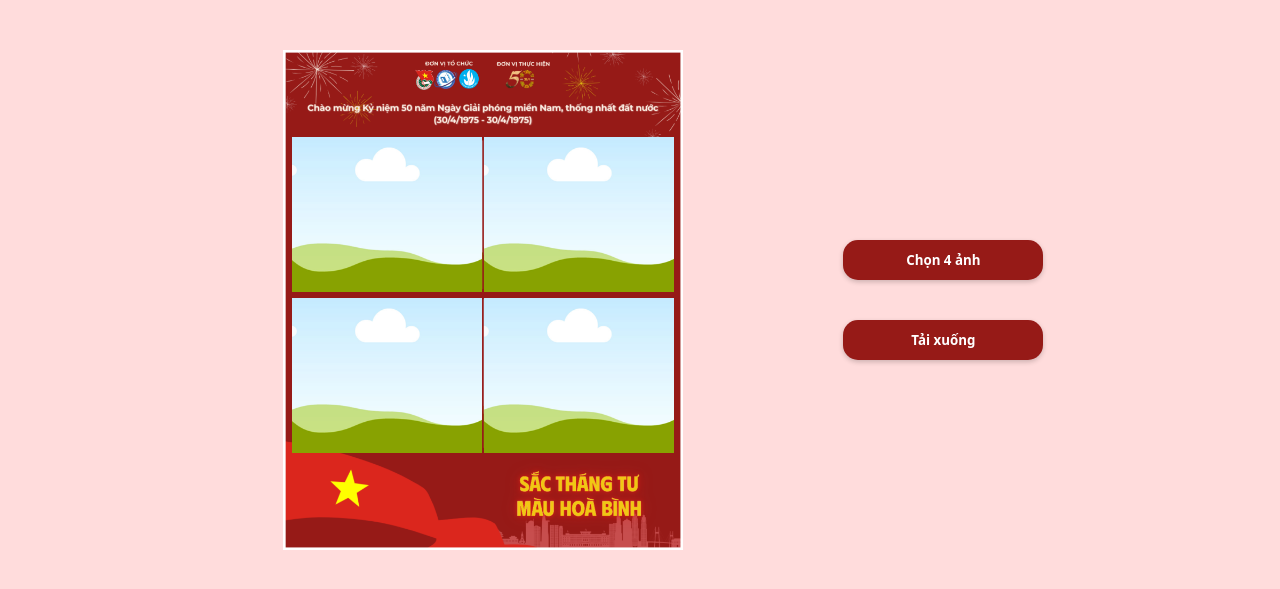
Repository: nguyentambinh/tuoitretdmu
Page: http://localhost/
The author's editor kept a copy of each file at every save. The page is drawn from the files as they stood at one save, then again after the next save.
The browser window is 1280 px wide. The pictures show the whole page.
The page is run by PHP 8.4 with error messages shown; the project is at /var/www/html/.

Above is the page before, as saved 2025-04-10 15:48:04.

### index.php
<!DOCTYPE html>
<html lang="en">
<head>
    <meta charset="UTF-8">
    <meta name="viewport" content="width=device-width, initial-scale=1.0">
    <link rel="stylesheet" href="main.css">

    <title>Chào mừng Kỷ niệm 50 năm Ngày Giải phóng miền Nam, thống nhất đất nước</title>
</head>
<body>

    <div class = "container-box">
        <div class="background-box">
            <img src="./picture/FRAMEPHOTOBOOTH304.png" class="background-image" alt="frame" />
            <div class="picture-box">
                <img src="/picture/1.png" alt="" class="img-sub">
                <img src="/picture/2.png" alt="" class="img-sub">
                <img src="/picture/3.png" alt="" class="img-sub">
                <img src="/picture/4.png" alt="" class="img-sub">
            </div>
        </div>
        <div class="control-box">
            <button id="btn-add-picture" class=" btn-custom">
                Chọn 4 ảnh
            </button>
            <button id="btn-download" class="btn-custom">Tải xuống</button>
        </div>
    </div>
    <script src="https://cdnjs.cloudflare.com/ajax/libs/html2canvas/1.4.1/html2canvas.min.js"></script>
    <script src="main.js"></script>
</body>
</html>

### main.css
body {
    background-color: #ffdcdc;
    margin: 0;
    padding: 0;
    display: flex;
    justify-content: center;
    margin-top: 50px;
}

.container-box {
    display: grid;
    grid-template-columns: 1fr 0.5fr;
    gap: 20px;
    width: 900px;
    max-width: 100%;
}

/* Thay vì dùng background-image, dùng thẻ <img> để đặt ảnh nền */
.background-box {
    position: relative;
    width: 100%;
    height: 500px;
    display: flex;
    justify-content: center;
    align-items: center;
}

/* Ảnh nền */
.background-box > .background-image {
    width: 100%;
    height: 100%;
    object-fit: contain;
    display: block;
}

/* 4 ảnh con đè lên nền */
.picture-box {
    position: absolute;
    top: 49%;
    left: 50%;
    transform: translate(-50%, -50%);
    display: grid;
    grid-template-columns: 1fr 1fr;
    grid-template-rows: 1fr 1fr;
    gap: 6px 2px;
}


.img-sub {
    width: 190px;
    height: 155px;
    object-fit: cover;
    background-size: contain;
}

.control-box {
    display: flex;
    flex-direction: column;
    align-items: center;
    justify-content: center;
}

.btn-custom {
    background-color: #961A17;
    border-radius: 15px;
    font-weight: bold;
    font-family: system-ui;
    width: 200px;
    height: 40px;
    color: white;
    margin: 20px 0;
    border: none;
    box-shadow: 0 2px 5px rgba(0,0,0,0.2);
    cursor: pointer;
}

@media screen and (max-width: 720px) {
    .container-box {
        grid-template-columns: 1fr;
        grid-template-rows: auto auto;
        width: 100%;
        padding: 0 10px;
        margin: 5px 0;
    }

    .control-box {
        align-items: center;
    }

    .btn-custom {
        width: 300px;
    }
}

### main.js

  document.getElementById("btn-add-picture").addEventListener("click", function () {
    const input = document.createElement("input");
    input.type = "file";
    input.accept = "image/*";
    input.multiple = true;
    input.style.display = "none";
    input.addEventListener("change", function (e) {
      const files = e.target.files;
      const imgElements = document.querySelectorAll(".background-box .img-sub");

      for (let i = 0; i < imgElements.length; i++) {
        if (files[i]) {
          const reader = new FileReader();
          reader.onload = function (event) {
            imgElements[i].src = event.target.result;
          };
          reader.readAsDataURL(files[i]);
        } else {
          imgElements[i].src = "";
        }
      }
    });

    document.body.appendChild(input);
    input.click();
    input.remove();
  });



  document.getElementById("btn-download").addEventListener("click", () => {
    const canvas = document.createElement("canvas");
    const ctx = canvas.getContext("2d");

    const canvasWidth = 3000;
    const canvasHeight = 3750;
    canvas.width = canvasWidth;
    canvas.height = canvasHeight;

    const backgroundSrc = './picture/FRAMEPHOTOBOOTH304.png';
    const imgElements = document.querySelectorAll(".img-sub");

    const background = new Image();
    background.src = backgroundSrc;
    background.onload = () => {
      ctx.drawImage(background, 0, 0, canvasWidth, canvasHeight);

      const positions = [
        { x: 80, y: 685 },
        { x: 1515, y: 685 },
        { x: 80, y: 1887.5 },
        { x: 1515, y: 1887.5 }
      ];
      let loaded = 0;
      imgElements.forEach((img, index) => {
        const image = new Image();
        image.crossOrigin = "anonymous";
        image.src = img.src;

        image.onload = () => {
          const pos = positions[index];
          ctx.drawImage(image, pos.x, pos.y, 1420, 1100);
          loaded++;
          if (loaded === imgElements.length) {
            const link = document.createElement("a");
            link.download = "ChaoMungKyNiem50nam.png";
            link.href = canvas.toDataURL("image/png");
            link.click();
          }
        };
      });
    };
  });

After the next save:
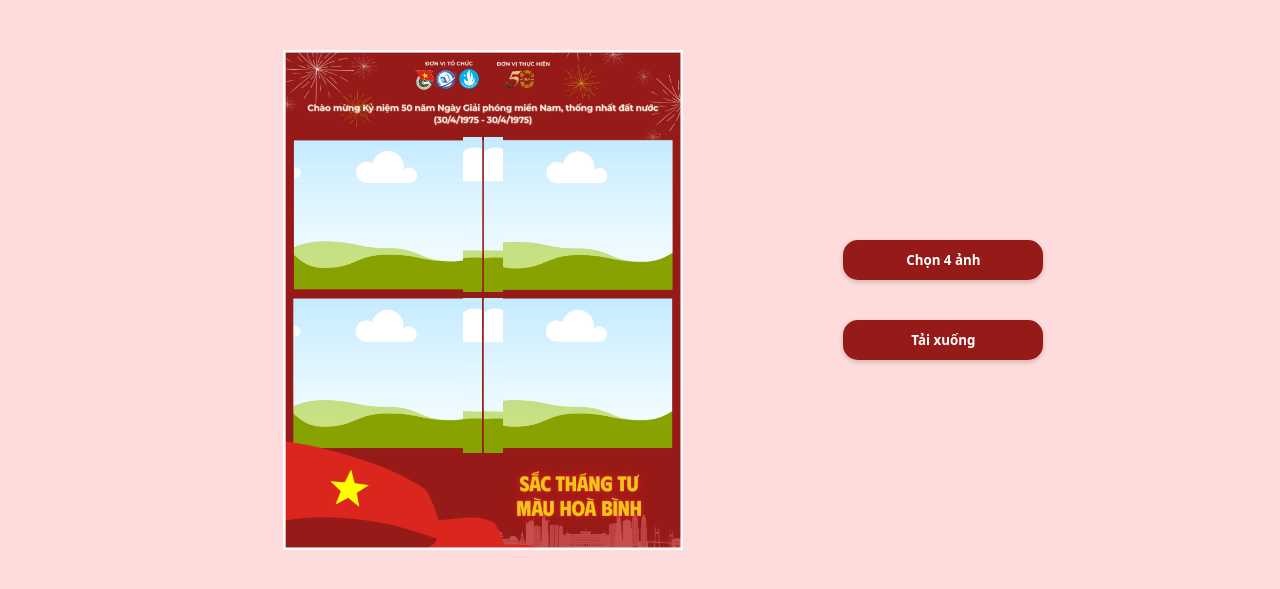
Saved 56 s later.
--- a/main.css
+++ b/main.css
@@ -47,7 +47,7 @@ body {
 
 
 .img-sub {
-    width: 190px;
+    width: 19px;
     height: 155px;
     object-fit: cover;
     background-size: contain;
